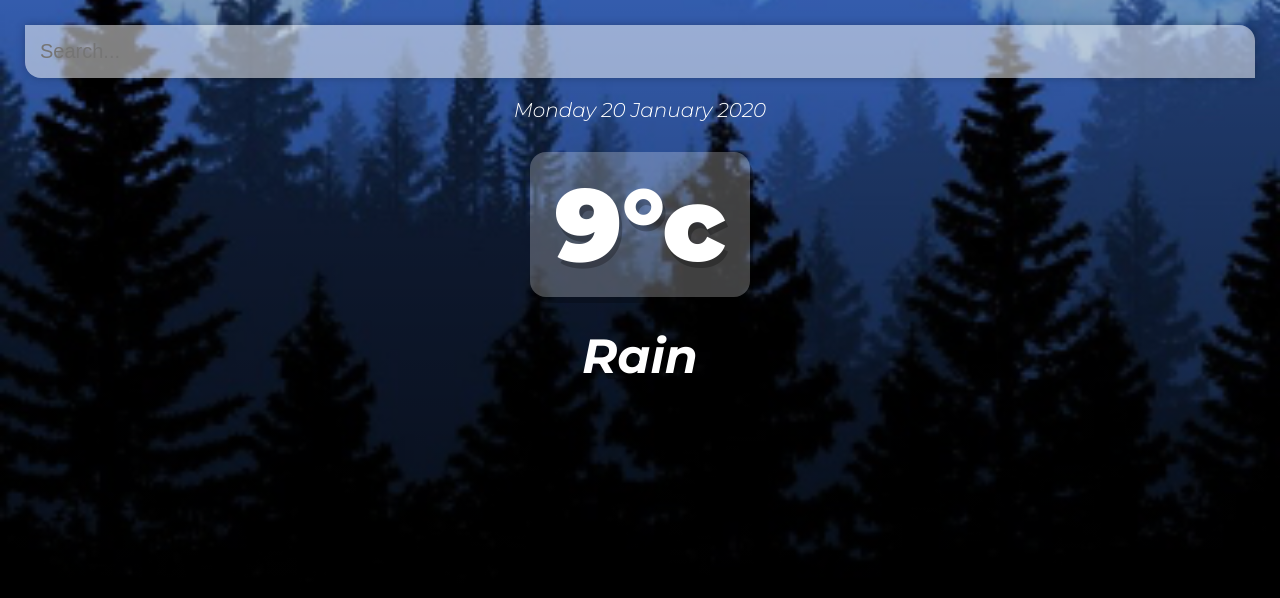
Repository: AbApin/vue-simple-weather-app
Page: /
An editor plug-in stored every save of this project. The page is shown before and after a run of saves, followed by the edit.
The browser window is 1280 px wide. The pictures show the whole page.
The project was rebuilt for these pictures with package versions that can differ from the ones it lists, and the page was loaded fresh each time. Also part of the build but not shown: vue.config.js.

Above is the page before, as saved 2022-11-24 12:36:55.

After the next 4 saves:
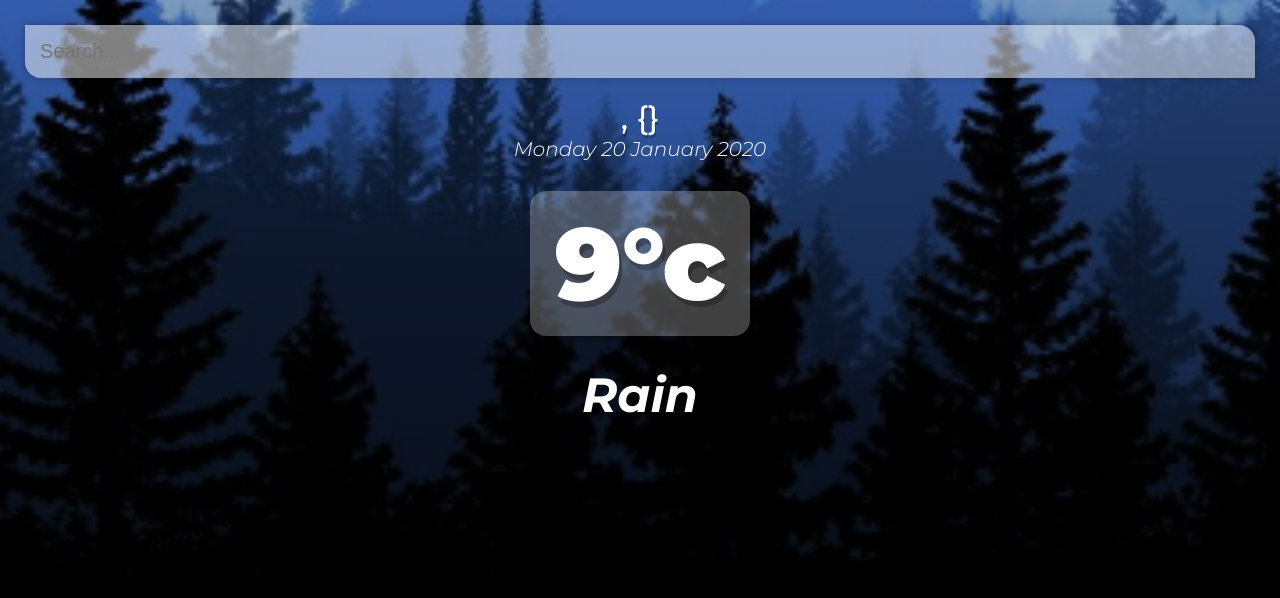
The 4 saves are shown as one change because they came seconds apart.
The last was saved 46 s later.
--- a/src/App.vue
+++ b/src/App.vue
@@ -13,7 +13,7 @@
 
       <div class="weather-wrap">
         <div class="location-box">
-          <h3 class="location">{{weather.name}}</h3>
+          <h3 class="location">{{weather.name}}, {{weather}}</h3>
           <p class="date">Monday 20 January 2020</p>
         </div>
       </div>
